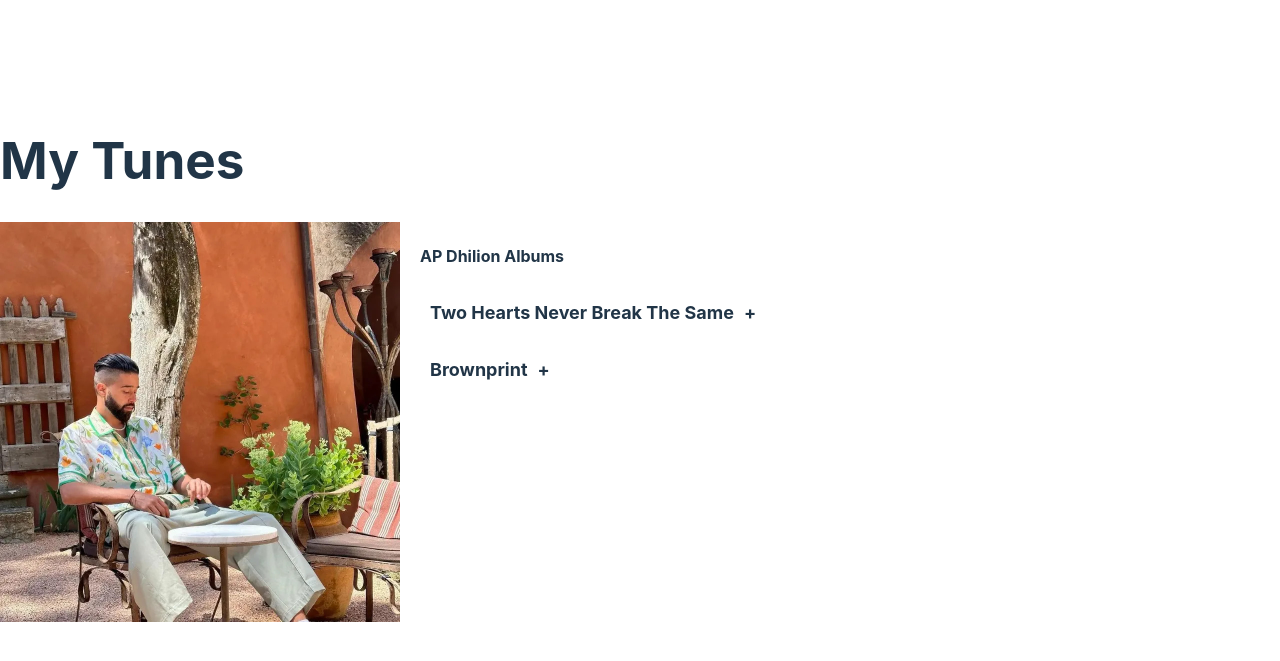
Repository: GavinPahal/my_app
Page: / (app in react/)
An editor plug-in stored every save of this project. The page is shown before and after the next save, followed by the edit.
The browser window is 1280 px wide. The pictures show the whole page.
The project was rebuilt for these pictures with package versions that can differ from the ones it lists, and the page was loaded fresh each time. Also part of the build but not shown: react/vite.config.js.

Above is the page before, as saved 2024-09-15 19:05:07.

### react/src/App.jsx
import { useState } from 'react'
import ap from '/Untitled-34.jpg'
import './App.css'

function App() {
  return (
    <>
    <h1 className='heading'>My Tunes</h1>
    <div className="container">
      <img src={ap} alt="Vite logo" width={400} height={400}/>
      <div className="album">
      <h4 className='ap'>AP Dhilion Albums</h4>
        <details name="reqs">
          <summary>Two Hearts Never Break The Same</summary>
          <ol>
            <li>All Night(Live)</li>
            <li>Hills</li>
            <li>SummerHigh</li>
            <li>Wo Noor</li>
            <li>Dil Nu</li>
          </ol>
        </details>
        <details name="reqs">
          <summary>Brownprint</summary>
          <ol>
            <li>Brownprint</li>
            <li>315</li>
            <li>Old Money</li>
            <li>Losing Myself</li>
            <li>Distance</li>
            <li>After Midnight</li>
            <li>Bora Bora</li>
            <li>Sweet Flower</li>
            <li>To Be Contuined</li>
          </ol>
        </details>
      </div>
    </div>
    </>
  )
}

export default App

### react/src/App.css
.container {
  display: flex;
  justify-content: center;
  align-items: flex-start;
  margin-top: 20px;
}


img {
  margin-right: 20px;
}

.album {
  display: flex;
  flex-direction: column;
}

details {
  width: 100%;
  margin-bottom: 10px;
  padding: 10px;
  position: relative;
}

summary {
  font-size: 18px;
  font-weight: bold;
  cursor: pointer;
  position: relative;
  padding-right: 20px;
  list-style: none;
}

details :hover {
  color: #000000;
}

summary::after {
  content: '+';
  position: absolute;
  padding-left: 10px;
}

details[open] summary::after {
  content: '-';
}

Loaded but not shown: react/index.html (common file); react/src/main.jsx (common file); react/src/index.css (common file)

After the next save:
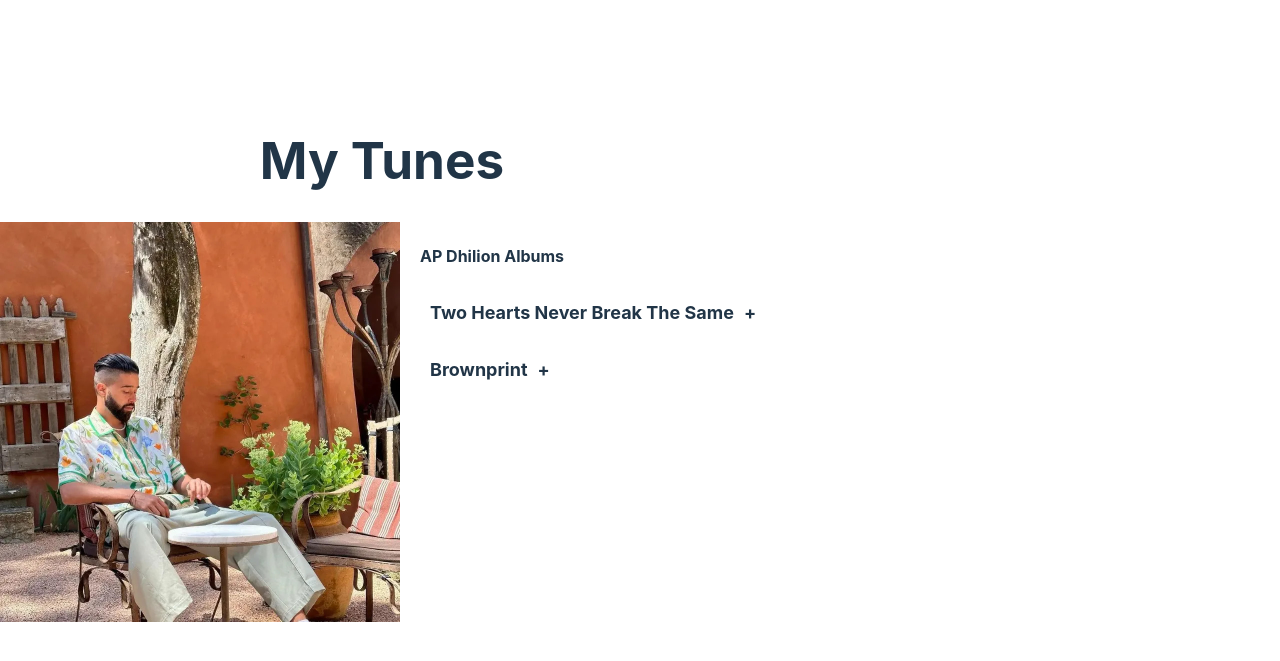
Saved 81 s later.
--- a/react/src/App.css
+++ b/react/src/App.css
@@ -5,6 +5,9 @@
   margin-top: 20px;
 }
 
+.heading{
+ text-align: center;
+}
 
 img {
   margin-right: 20px;
